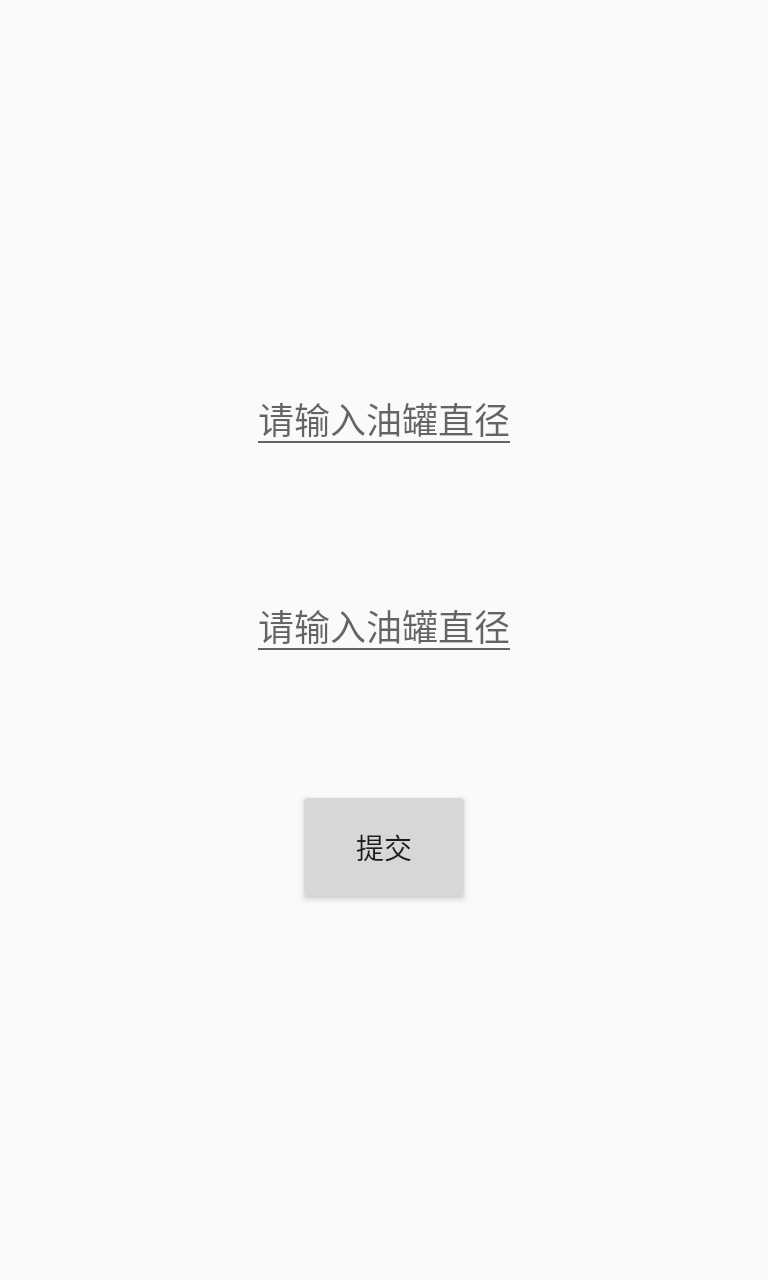
Repository: hohoTT/fireWork_handle_app
Layout: fireWork_handle_app/res/layout/olican_fire_foam.xml
An editor plug-in stored every save of this project. The layout is shown before and after the next save, followed by the edit.
It is drawn on a 768 x 1280 px phone screen (xhdpi) without system bars, with theme AppTheme; the app's code is not run.

Above is the layout before, as saved 2016-03-03 02:34:14.

After the next save:
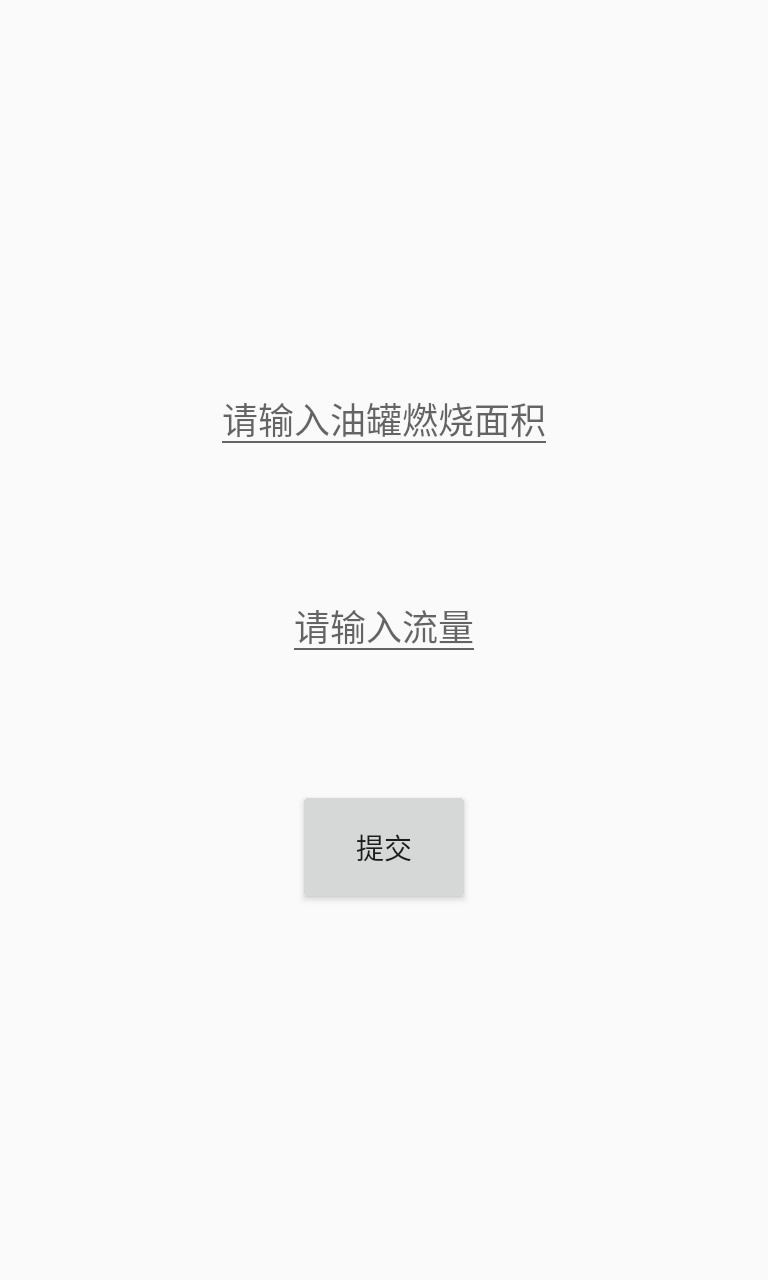
Saved 17 s later.
--- a/fireWork_handle_app/res/layout/olican_fire_foam.xml
+++ b/fireWork_handle_app/res/layout/olican_fire_foam.xml
@@ -6,20 +6,20 @@
     android:orientation="vertical" >
 
     <EditText
-        android:id="@+id/olican_diameter"
+        android:id="@+id/olican_fire_foam_area"
         android:layout_width="wrap_content"
         android:layout_height="wrap_content"
         android:layout_gravity="center_horizontal"
 	    android:layout_margin="30dp"
-        android:hint="@string/olican_diameter" />
+        android:hint="@string/olican_fire_foam_area" />
 
     <EditText
-        android:id="@+id/olican_diameter"
+        android:id="@+id/olican_fire_foam_flow"
         android:layout_width="wrap_content"
         android:layout_height="wrap_content"
         android:layout_gravity="center_horizontal"
 	    android:layout_margin="30dp"
-        android:hint="@string/olican_diameter" />
+        android:hint="@string/olican_fire_foam_flow" />
 
     <Button
         android:id="@+id/btu_olican_fire_water_send"
